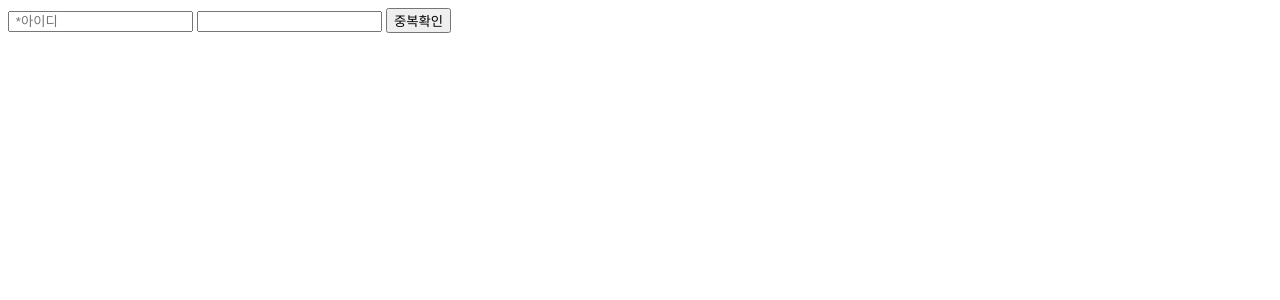
Repository: acredev/Restaurant_Management_System
Page: http://localhost/leekangjo/idTest.jsp
The author's editor kept a copy of each file at every save. The page is drawn from the files as they stood at one save, then again after the next save.
The browser window is 1280 px wide. The pictures show the whole page.
The page is served by Tomcat 9. Other server files are loaded and not shown.

Above is the page before, as saved 2023-04-14 02:09:41.

### leekangjo/WebContent/idTest.jsp
<%@ page language="java" contentType="text/html; charset=UTF-8"
    pageEncoding="UTF-8"%>
<!DOCTYPE html>
<html>
<head>
<meta charset="UTF-8">
<title>Insert title here</title>
</head>
<body>
	<input type="text" placeholder=" *아이디" id="testid" class="account" maxlength="10" name="id" >
					<script type="text/javascript">
							function idChkValue()
							{
								var idchk = document.getElementById('testid');

								if (idchk.value != null)
									{
										alert(idchk.value);

									}
							}
						</script>
					<input type="text" name="id2" id="testid2" value="">

					<input type="button" class="btn_id_check" onclick="idChkValue()" value="중복확인">
</body>
</html>

After the next save:
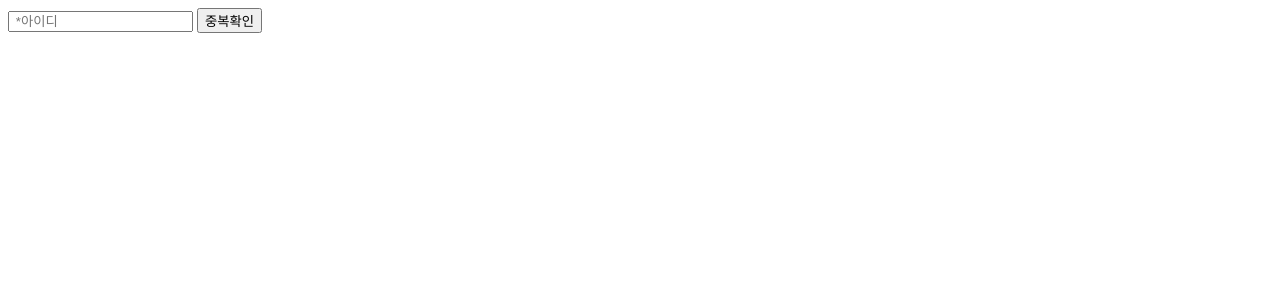
Saved 39 s later.
--- a/leekangjo/WebContent/idTest.jsp
+++ b/leekangjo/WebContent/idTest.jsp
@@ -20,8 +20,6 @@
 									}
 							}
 						</script>
-					<input type="text" name="id2" id="testid2" value="">
-
 					<input type="button" class="btn_id_check" onclick="idChkValue()" value="중복확인">
 </body>
 </html>
